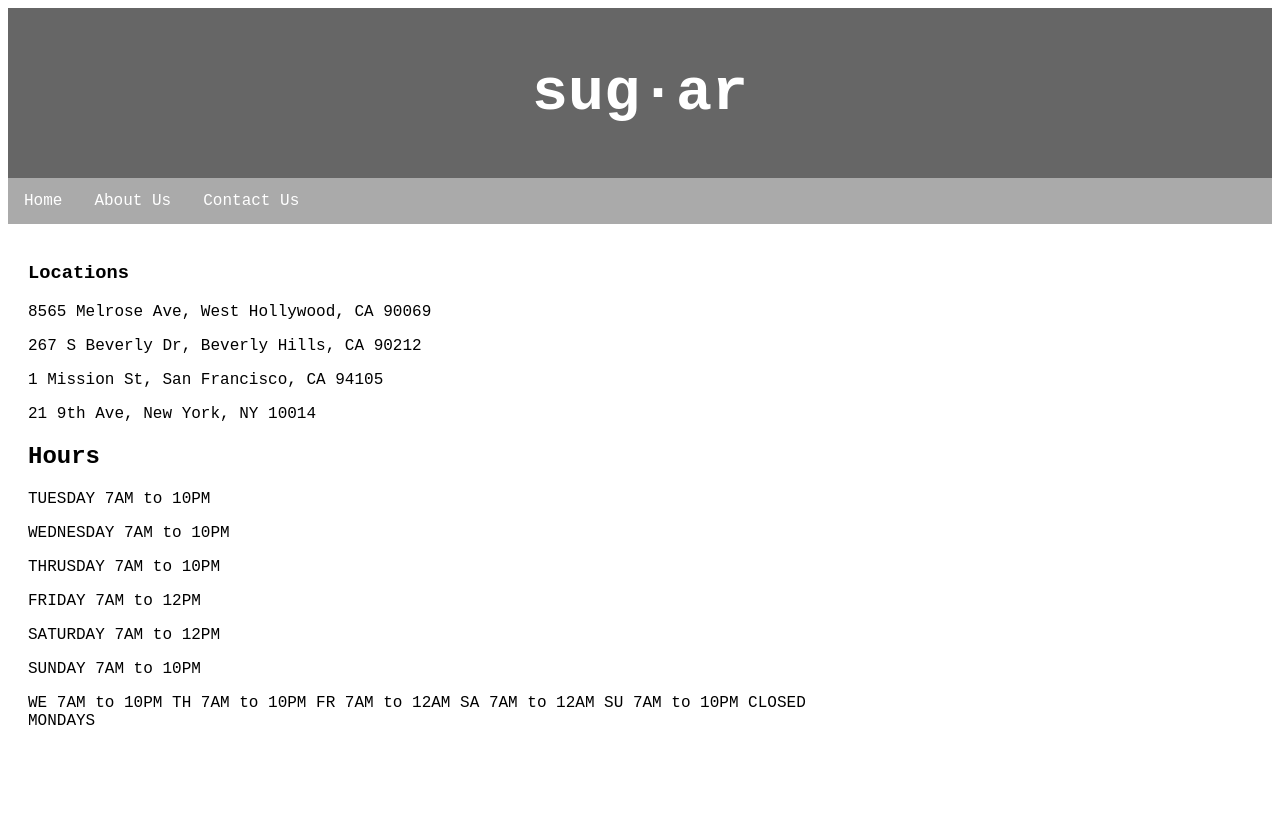
Repository: lavaghimire/lavaghimire.github.io
Page: WEBSITE/contact.html
The author's editor kept a record of every edit. The page is drawn from the files as they stood at one moment, then again after the next edit.
The browser window is 1280 px wide. The pictures show the whole page.

Above is the page before.

### WEBSITE/contact.html
<!DOCTYPE html>
<html lang="en">
<head>
<meta charset="utf-8">
<meta name="viewport" content="width=device-width, initial-scale=1">
<style>
* {
  box-sizing: border-box;
}

body {
  font-family:  Courier New;
}

/* Start of gallery */

div.gallery {
  margin: 5px;
  border: 1px solid #ccc;
  float: left;
  width: 280px;
}

div.gallery:hover {
  border: 1px solid #777;
}

div.gallery img {
  width: 100%;
  height: auto;
}

div.desc {
  padding: 15px;
  text-align: center;
}
/* end of gallery */

/* Style the header */
header {
  background-color: #666;
  padding: 1px;
  text-align: center;
  font-size: 40px;
  color: white;
}

/* nav bar starts here */
ul {
  list-style-type: none;
  margin: 0;
  padding: 0;
  overflow: hidden;
  background-color: #aaa;
  position: -webkit-sticky; /* Safari */
  position: sticky;
  top: 0;

}

li {
  float: left;
}

li a {
  display: block;
  color: white;
  text-align: center;
  padding: 14px 16px;
  text-decoration: none;
}

li a:hover {
  background-color: #111;
}

.active {
  background-color: #aaa;
}
/* nav bar ends here */

/* Clear floats after the columns */
section:after {
  content: "";
  display: table;
  clear: both;
}
article {
  float: left;
  padding: 20px;
  width: 70%;
  background-color: white;
  height: 600px; /* only for demonstration, should be removed */

}
</style>
</head>
<body>
<section>

<header>
  <h2>sug·ar</h2>

</header>

<ul>
  <li><a class="active" href="Website.html">Home</a></li>
  <li><a href="aboutus.html">About Us</a></li>
  <li><a href="contact.html">Contact Us</a></li>
</ul>



  <article>
    <h1>Locations</h1>
    <p>8565 Melrose Ave, West Hollywood, CA 90069</p>
    <p>267 S Beverly Dr, Beverly Hills, CA 90212</p>
    <p>1 Mission St, San Francisco, CA 94105</p>
    <p>21 9th Ave, New York, NY 10014</p>

    <h2>Hours</h2>
    <p>TUESDAY
7AM to 10PM</p>
    <p>WEDNESDAY
7AM to 10PM</p>
    <p>THRUSDAY
7AM to 10PM</p>
    <p>FRIDAY
7AM to 12PM</p>
    <p>SATURDAY
7AM to 12PM</p>
    <p>SUNDAY
7AM to 10PM</p>

WE
7AM to 10PM
TH
7AM to 10PM
FR
7AM to 12AM
SA
7AM to 12AM
SU
7AM to 10PM
CLOSED MONDAYS

  </article>




</section>



</body>
</html>

After the next edit:
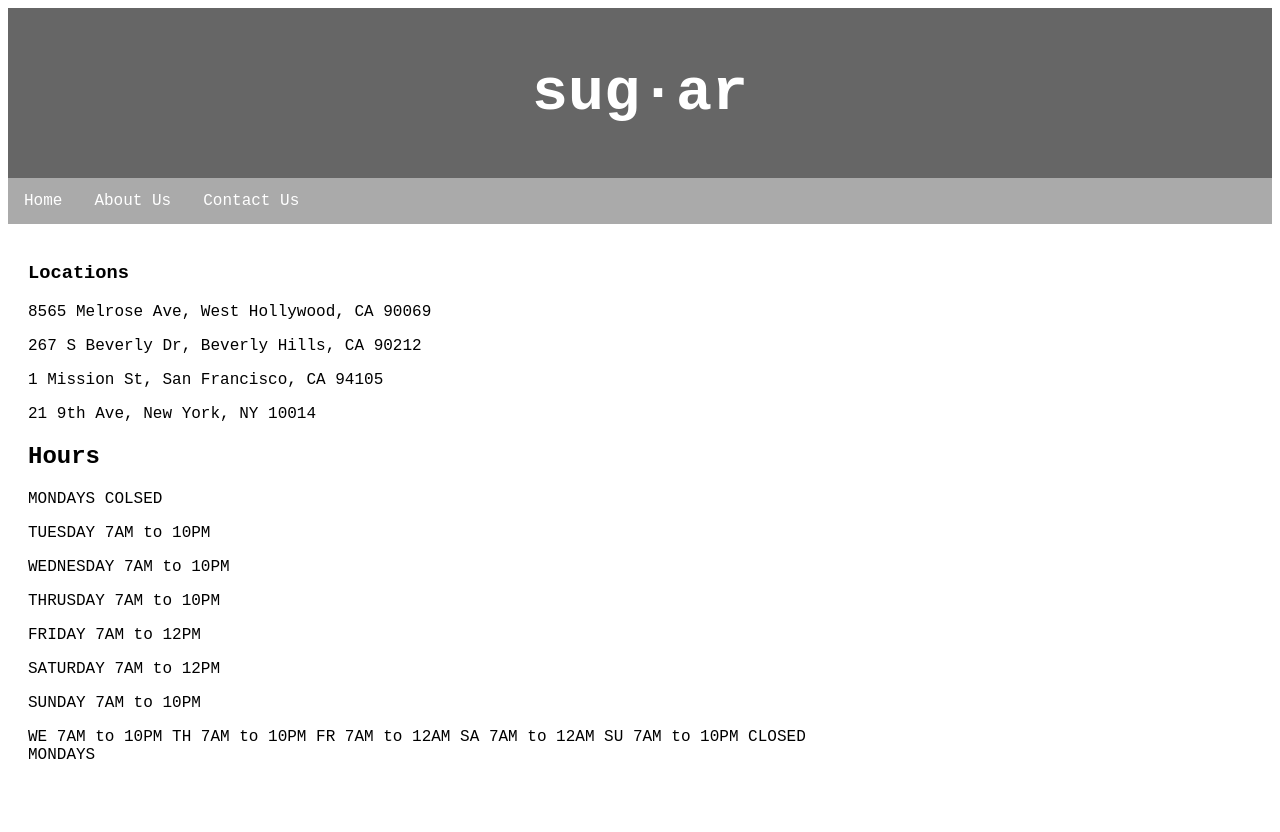
The edit:
--- a/WEBSITE/contact.html
+++ b/WEBSITE/contact.html
@@ -119,6 +119,7 @@
     <p>21 9th Ave, New York, NY 10014</p>
 
     <h2>Hours</h2>
+    <p>MONDAYS COLSED</p>
     <p>TUESDAY
 7AM to 10PM</p>
     <p>WEDNESDAY
